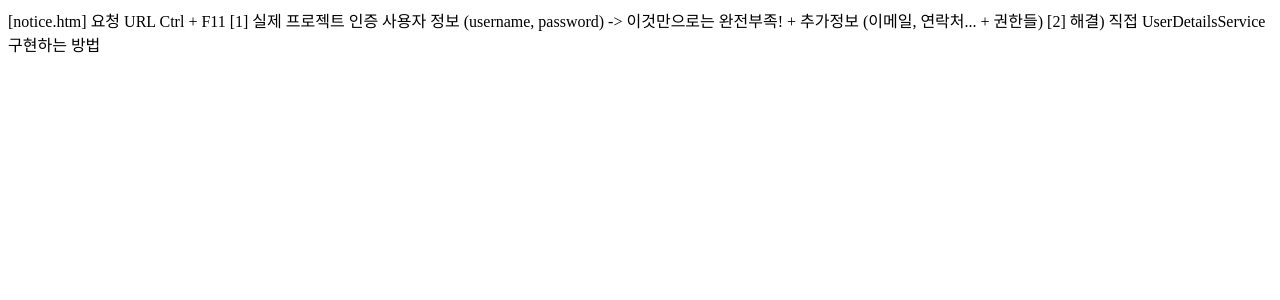
Repository: Vida0822/-
Page: SL11_SECURITY3_USERDETAILSSERVICE/src/main/webapp/customer/notice.htm
These files come from the project's save history. The page is drawn as it stood at one moment and after the next save; the edit follows.
The browser window is 1280 px wide. The pictures show the whole page.

Above is the page before, as saved 2023-07-05 02:06:41.

### SL11_SECURITY3_USERDETAILSSERVICE/src/main/webapp/customer/notice.htm
[notice.htm] 요청 URL
Ctrl + F11

[1] 실제 프로젝트
	인증 사용자 정보 (username, password) -> 이것만으로는 완전부족!
	+ 추가정보 (이메일, 연락처... + 권한들)

[2] 해결) 직접 UserDetailsService 구현하는 방법

After the next save:
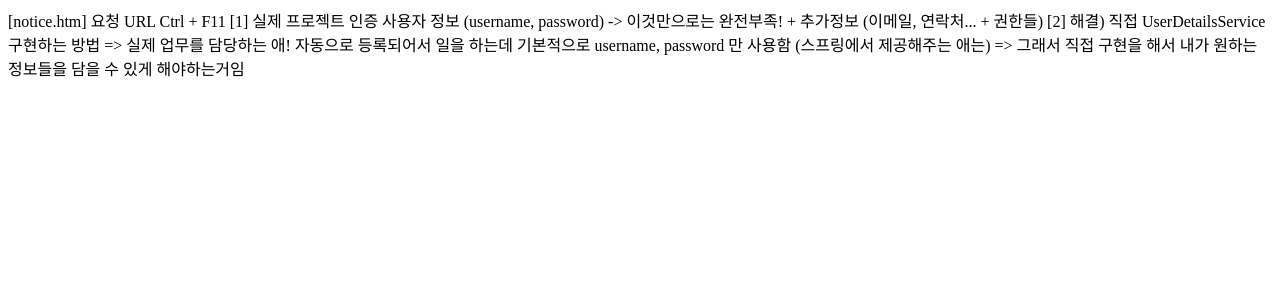
Saved 2 min 23 s later.
--- a/SL11_SECURITY3_USERDETAILSSERVICE/src/main/webapp/customer/notice.htm
+++ b/SL11_SECURITY3_USERDETAILSSERVICE/src/main/webapp/customer/notice.htm
@@ -6,3 +6,5 @@
 	+ 추가정보 (이메일, 연락처... + 권한들)
 
 [2] 해결) 직접 UserDetailsService 구현하는 방법
+=> 실제 업무를 담당하는 애! 자동으로 등록되어서 일을 하는데 기본적으로 username, password 만 사용함 (스프링에서 제공해주는 애는)
+=> 그래서 직접 구현을 해서 내가 원하는 정보들을 담을 수 있게 해야하는거임
